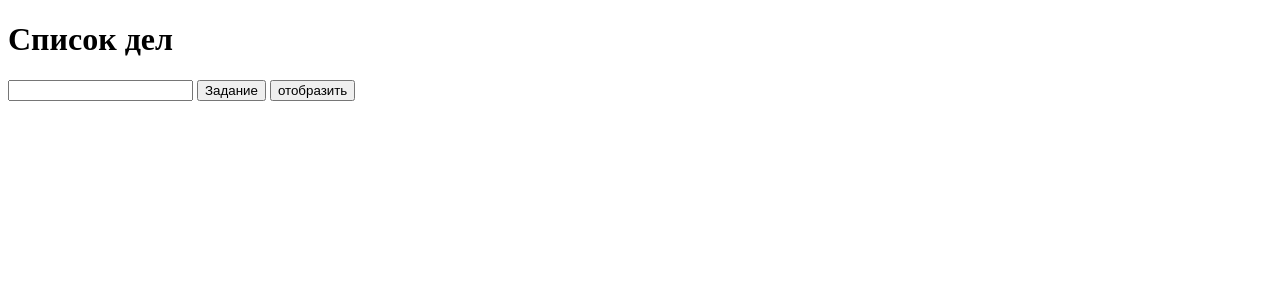
Repository: andbaik/it_unit9
Page: index.html
The author's editor kept a copy of each file at every save. The page is drawn from the files as they stood at one save, then again after the next save.
The browser window is 1280 px wide. The pictures show the whole page.

Above is the page before, as saved 2021-04-06 21:32:03.

### index.html
<!DOCTYPE html>
<html lang="ru">
<head>
    <meta charset="UTF-8">
    <meta http-equiv="X-UA-Compatible" content="IE=edge">
    <meta name="viewport" content="width=device-width, initial-scale=1.0">
    <title>Список дел</title>
</head>
<body>
    <head>
        <h1>Список дел</h1>
    </head>
    <input type="text" name="task" id="task">
    <button class="add-task btn">Задание</button>
    <button class="show-task btn">отобразить</button>

</body>
</html>

After the next save:
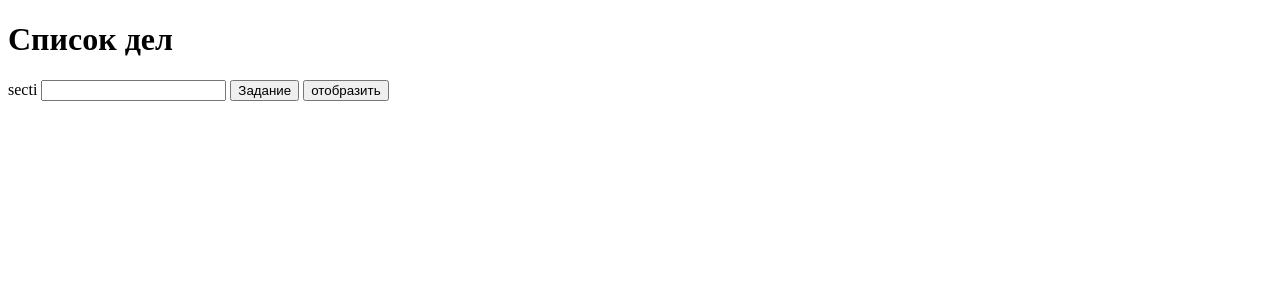
Saved 18 s later.
--- a/index.html
+++ b/index.html
@@ -10,6 +10,7 @@
     <head>
         <h1>Список дел</h1>
     </head>
+    secti
     <input type="text" name="task" id="task">
     <button class="add-task btn">Задание</button>
     <button class="show-task btn">отобразить</button>

After the save that followed:
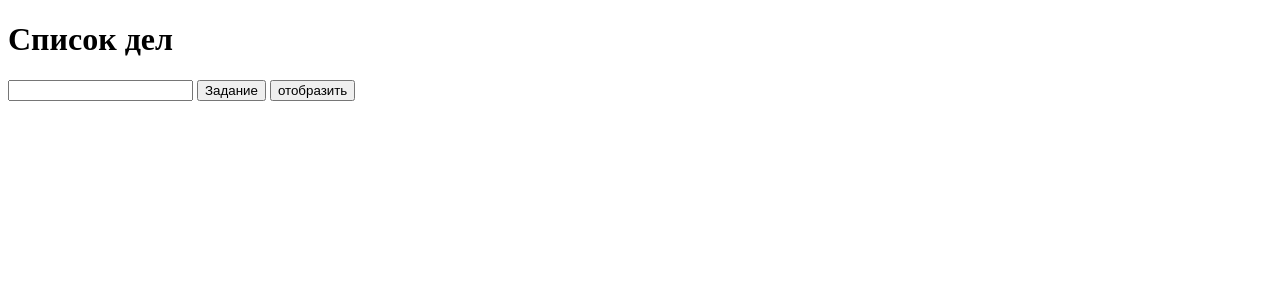
Saved 5 s later.
--- a/index.html
+++ b/index.html
@@ -10,7 +10,7 @@
     <head>
         <h1>Список дел</h1>
     </head>
-    secti
+    <section></section>
     <input type="text" name="task" id="task">
     <button class="add-task btn">Задание</button>
     <button class="show-task btn">отобразить</button>
